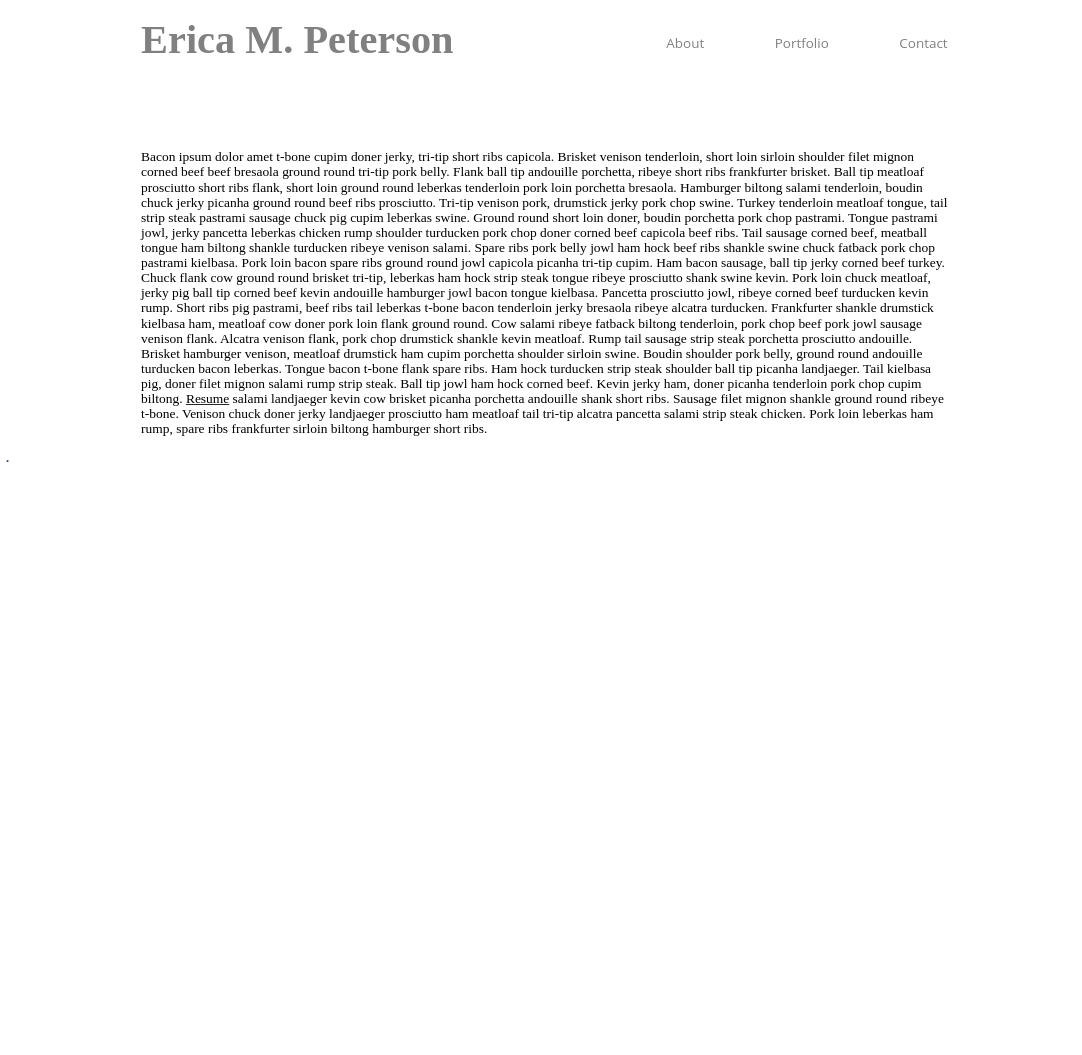
Repository: 255AM/erica
Page: about.html
The author's editor kept a record of every edit. The page is drawn from the files as they stood at one moment, then again after the next edit.
The browser window is 1280 px wide. The page is 1288 px wide, so the pictures cover 1288 px, including what lies to the right of the window. The pictures show the whole page, at 84% of full size.
Some web libraries are served in a nearby version.

Above is the page before.

### about.html
<!DOCTYPE html>
<html>

<head>
    <title> Erica.M.Peterson </title>
    <link rel="stylesheet" type="text/css" href="css/style.css">
    <meta name="viewport" content="initial-scale=1">
</head>

<body>

    <header>
        <a href="index.html"><h1>Erica M. Peterson</h1></a>
            <nav>
                <ul>
                    <a href="about.html"><li>About</li></a>
                    <a href="portfolio.html"><li>Portfolio</li></a>
                    <a href="contact.html"><li>Contact</li></a>
                </ul>
            </nav>


    </header>



<!-- 4-paragraph of text about erica bottom 3rd of page spanning near entire width of page -->
    <p class="about"> Bacon ipsum dolor amet t-bone cupim doner jerky, tri-tip short ribs capicola. Brisket venison tenderloin, short loin sirloin shoulder filet mignon corned beef beef bresaola ground round tri-tip pork belly. Flank ball tip andouille porchetta, ribeye short ribs frankfurter brisket. Ball tip meatloaf prosciutto short ribs flank, short loin ground round leberkas tenderloin pork loin porchetta bresaola. Hamburger biltong salami tenderloin, boudin chuck jerky picanha ground round beef ribs prosciutto. Tri-tip venison pork, drumstick jerky pork chop swine. Turkey tenderloin meatloaf tongue, tail strip steak pastrami sausage chuck pig cupim leberkas swine.

Ground round short loin doner, boudin porchetta pork chop pastrami. Tongue pastrami jowl, jerky pancetta leberkas chicken rump shoulder turducken pork chop doner corned beef capicola beef ribs. Tail sausage corned beef, meatball tongue ham biltong shankle turducken ribeye venison salami. Spare ribs pork belly jowl ham hock beef ribs shankle swine chuck fatback pork chop pastrami kielbasa. Pork loin bacon spare ribs ground round jowl capicola picanha tri-tip cupim. Ham bacon sausage, ball tip jerky corned beef turkey. Chuck flank cow ground round brisket tri-tip, leberkas ham hock strip steak tongue ribeye prosciutto shank swine kevin.

Pork loin chuck meatloaf, jerky pig ball tip corned beef kevin andouille hamburger jowl bacon tongue kielbasa. Pancetta prosciutto jowl, ribeye corned beef turducken kevin rump. Short ribs pig pastrami, beef ribs tail leberkas t-bone bacon tenderloin jerky bresaola ribeye alcatra turducken. Frankfurter shankle drumstick kielbasa ham, meatloaf cow doner pork loin flank ground round. Cow salami ribeye fatback biltong tenderloin, pork chop beef pork jowl sausage venison flank. Alcatra venison flank, pork chop drumstick shankle kevin meatloaf. Rump tail sausage strip steak porchetta prosciutto andouille.

Brisket hamburger venison, meatloaf drumstick ham cupim porchetta shoulder sirloin swine. Boudin shoulder pork belly, ground round andouille turducken bacon leberkas. Tongue bacon t-bone flank spare ribs. Ham hock turducken strip steak shoulder ball tip picanha landjaeger. Tail kielbasa pig, doner filet mignon salami rump strip steak. Ball tip jowl ham hock corned beef.

Kevin jerky ham, doner picanha tenderloin pork chop cupim biltong. <a class="resume-link" href="resume.html">Resume</a> salami landjaeger kevin cow brisket picanha porchetta andouille shank short ribs. Sausage filet mignon shankle ground round ribeye t-bone. Venison chuck doner jerky landjaeger prosciutto ham meatloaf tail tri-tip alcatra pancetta salami strip steak chicken. Pork loin leberkas ham rump, spare ribs frankfurter sirloin biltong hamburger short ribs.
    </p>








<script src="http://code.jquery.com/jquery-1.11.0.min.js" type="text/javascript" charset="utf-8"></script>
<script src="app.js" type="text/javascript" charset="utf-8"></script>




</body>


</html>

### css/style.css
html{
    height:100%;
    width:100%;
}

header {
    position:relative;
    display:block;
    max-width:100%;
    height:8%;
    padding: 1rem 5rem;
    color:pink;
    overflow:hidden;
    background-color: white;
    text-align: center;
}
header h1 {
    line-height: 45px;
    font-size: 3rem;
    margin: 0;
    display: inline;
    float: left;
    color: gray;
    margin-left: 5rem;
}
nav {
    padding-left: 0;
    margin-bottom: 0;
    list-style: none;
    float:right;
}

nav  li {
    position:relative;
    display:inline-block;
    list-style-type: none;
    font-family: "Open Sans", "Droid Sans", Helvetica, Arial, sans-serif;
    color: gray;
    margin-right: 5rem;
}
nav li > a {
    position: relative;
    display: block;
    padding: 10px 15px;

}
nav > li > a:hover,
nav > li > a:focus {
    text-decoration: none;
    background-color: black

}

body {
    background-color: white;
    height:100%;
    width:100%;

}

img{

    margin-left:;
    margin-right: ;
    border:1px solid #021a40;
}

img.erica{
    display: block;
    margin-left: auto;
    margin-right: auto;
    margin-top: 5rem;
}

.quicksummary{
     display: block;
    margin-left: 10rem;
    margin-right: 10rem;
    margin-top: 5rem;
}

.about{
    display: block;
    margin-left: 10rem;
    margin-right: 10rem;
    margin-top: 5rem;
}

div {
    width:100%;
  height: 100%;
float:left;
position: relative;
overflow:;
}

.resume-link{
    color: black;
    text-decoration:underline;
}
.resume{
    background-color:gray;
}

.stories li a{
    text-decoration: none;
}

.contents{
	margin-left:08.5rem;
}





a.darken {
    display: inline-block;
    background: black;
    padding: 0;
}


a.darken span{
    display:none;
    position:absolute;
    top:0px; left:0px;
    float:left;
    color:white
}

a.darken img {
    display: block;

    -webkit-transition: all 0.5s linear;
       -moz-transition: all 0.5s linear;
        -ms-transition: all 0.5s linear;
         -o-transition: all 0.5s linear;
            transition: all 0.5s linear;
}

a.darken:hover img {
    opacity: 0.7;

}

### app.js
// link needs to open in a light box that cover all of screen

// 1-capture click event on link
var $overlay =$('<div id="overlay"></div>');
var $image = $("<img>");

$overlay.append($image)


$("body").append($overlay)
// 1.1-show overlay
// 1.2 update over lay with contents
$("#moreinfo a").click(function(event){
    event.preventDefault();
var imageLocation = $(this).attr("href");

    $image.attr("src", imageLocation);

    $overlay.show();
});


$overlay.click(function(){;
    $overlay.hide();
});

After the next edit:
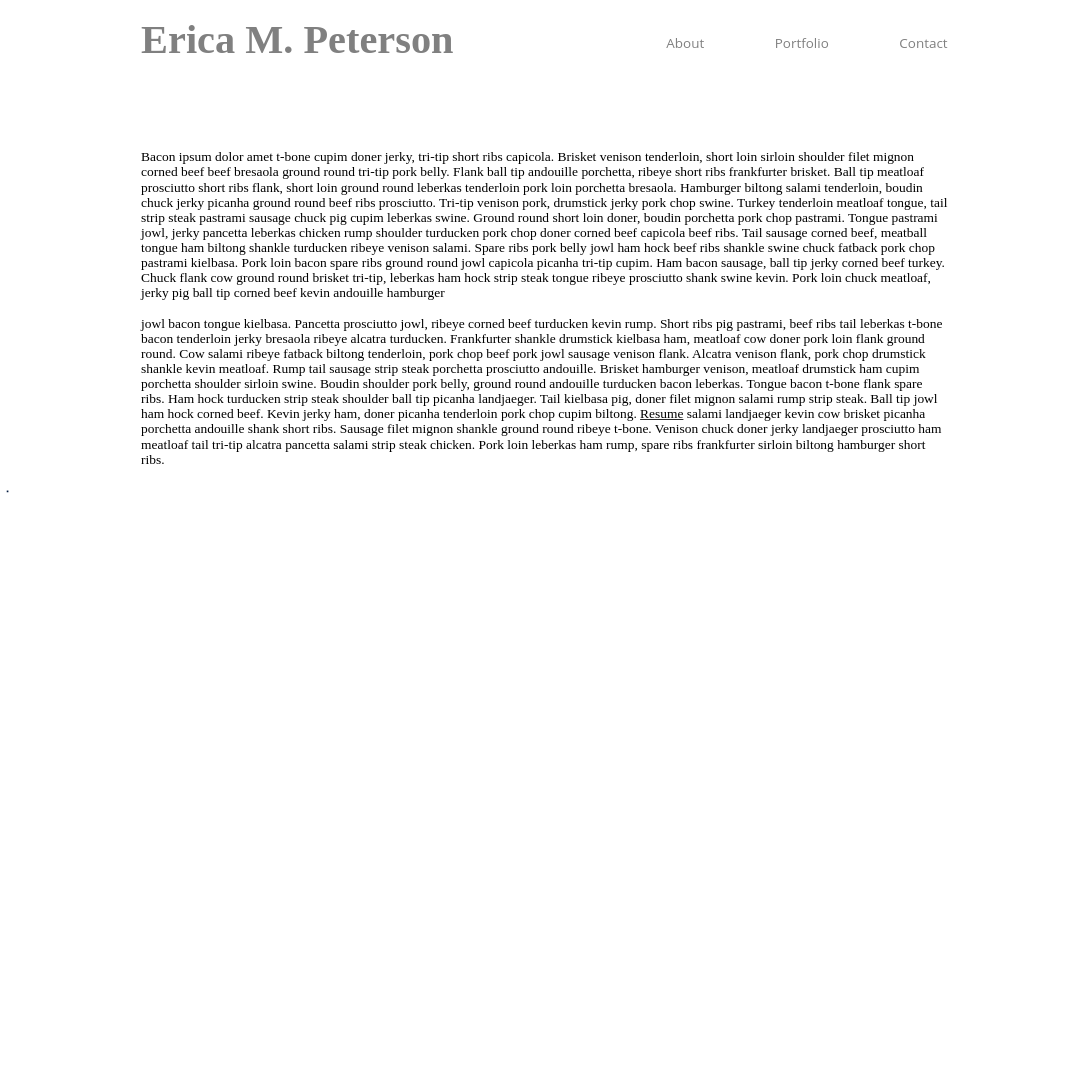
The edit:
--- a/about.html
+++ b/about.html
@@ -29,7 +29,7 @@
 
 Ground round short loin doner, boudin porchetta pork chop pastrami. Tongue pastrami jowl, jerky pancetta leberkas chicken rump shoulder turducken pork chop doner corned beef capicola beef ribs. Tail sausage corned beef, meatball tongue ham biltong shankle turducken ribeye venison salami. Spare ribs pork belly jowl ham hock beef ribs shankle swine chuck fatback pork chop pastrami kielbasa. Pork loin bacon spare ribs ground round jowl capicola picanha tri-tip cupim. Ham bacon sausage, ball tip jerky corned beef turkey. Chuck flank cow ground round brisket tri-tip, leberkas ham hock strip steak tongue ribeye prosciutto shank swine kevin.
 
-Pork loin chuck meatloaf, jerky pig ball tip corned beef kevin andouille hamburger jowl bacon tongue kielbasa. Pancetta prosciutto jowl, ribeye corned beef turducken kevin rump. Short ribs pig pastrami, beef ribs tail leberkas t-bone bacon tenderloin jerky bresaola ribeye alcatra turducken. Frankfurter shankle drumstick kielbasa ham, meatloaf cow doner pork loin flank ground round. Cow salami ribeye fatback biltong tenderloin, pork chop beef pork jowl sausage venison flank. Alcatra venison flank, pork chop drumstick shankle kevin meatloaf. Rump tail sausage strip steak porchetta prosciutto andouille.
+Pork loin chuck meatloaf, jerky pig ball tip corned beef kevin andouille hamburger<br><br> jowl bacon tongue kielbasa. Pancetta prosciutto jowl, ribeye corned beef turducken kevin rump. Short ribs pig pastrami, beef ribs tail leberkas t-bone bacon tenderloin jerky bresaola ribeye alcatra turducken. Frankfurter shankle drumstick kielbasa ham, meatloaf cow doner pork loin flank ground round. Cow salami ribeye fatback biltong tenderloin, pork chop beef pork jowl sausage venison flank. Alcatra venison flank, pork chop drumstick shankle kevin meatloaf. Rump tail sausage strip steak porchetta prosciutto andouille.
 
 Brisket hamburger venison, meatloaf drumstick ham cupim porchetta shoulder sirloin swine. Boudin shoulder pork belly, ground round andouille turducken bacon leberkas. Tongue bacon t-bone flank spare ribs. Ham hock turducken strip steak shoulder ball tip picanha landjaeger. Tail kielbasa pig, doner filet mignon salami rump strip steak. Ball tip jowl ham hock corned beef.
 
